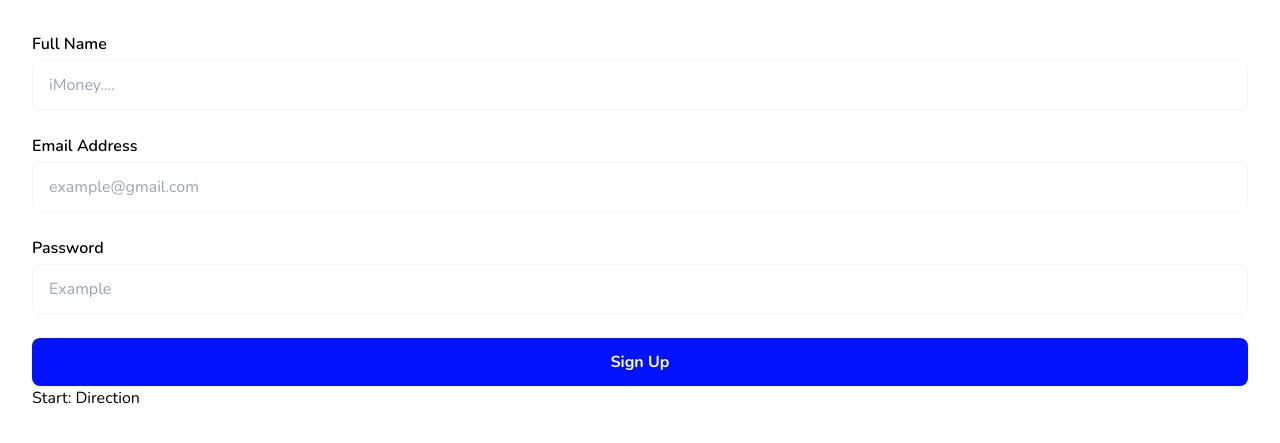
Repository: maixuanhieu/iMoney-VueJS
Page: /register
The author's editor kept a copy of each file at every save. The page is drawn from the files as they stood at one save, then again after the next save.
The browser window is 1280 px wide. The pictures show the whole page.
The project was rebuilt for these pictures with package versions that can differ from the ones it lists, and the page was loaded fresh each time.

Above is the page before, as saved 2021-11-18 13:57:16.

### public/index.html
<!DOCTYPE html>
<html lang="">
  <head>
    <meta charset="utf-8">
    <meta http-equiv="X-UA-Compatible" content="IE=edge">
    <meta name="viewport" content="width=device-width,initial-scale=1.0">
    <link rel="icon" href="<%= BASE_URL %>favicon.ico">
    <title><%= htmlWebpackPlugin.options.title %></title>
    <link rel="preconnect" href="https://fonts.googleapis.com">
<link rel="preconnect" href="https://fonts.gstatic.com" crossorigin>
<link href="https://fonts.googleapis.com/css2?family=Nunito:ital,wght@0,200;0,300;0,400;0,600;0,700;0,800;0,900;1,200;1,300;1,400;1,600;1,700;1,800;1,900&family=Source+Sans+Pro&display=swap" rel="stylesheet">
  </head>
  <body>
    <noscript>
      <strong>We're sorry but <%= htmlWebpackPlugin.options.title %> doesn't work properly without JavaScript enabled. Please enable it to continue.</strong>
    </noscript>
    <div id="app"></div>
    <!-- built files will be auto injected -->
  </body>
</html>

### src/main.js
import { createApp } from "vue";
import App from "./App.vue";
import router from "./router";

import './assets/styles/tailwind.css';
import './assets/styles/global.css';

import { registerGlobalComponents } from "./utils/import";

const app = createApp(App);

registerGlobalComponents(app);

app.use(router);

app.mount("#app");

### src/App.vue
<template>
  <component :is="layout">
    <router-view />
  </component>
</template>

<script>
import { computed } from "vue";
import { useRoute } from "vue-router";

import { PUBLIC_LAYOUT } from "@/constants/"
export default {
  setup() {
    const route = useRoute();
    console.log(route);
    return {
      layout: computed(() => (route.meta.layout || PUBLIC_LAYOUT) + '-layout')
    };
  },
};
</script>

### src/router/index.js
import { createRouter, createWebHistory } from "vue-router";


const routes = [
  {
    path: "/",
    name: "Home",
    component: () => import(/* webpackChunkName: "home" */ "../views/index.vue"),
  },
  {
    path: "/register",
    name: "Register",
    meta: {
      layout: "auth",
    },
    component: () =>
      import(/* webpackChunkName: "register" */ "../views/register.vue"),
  },
];

const router = createRouter({
  history: createWebHistory(process.env.BASE_URL),
  routes,
});

export default router;

### src/assets/styles/global.css
body{
  font-family: 'Nunito', sans-serif;
  font-size: 16px;
}





@font-face {
  font-family: "t2ico";
  src: url("../fonts/t2ico.eot?84r94p");
  src: url("../fonts/t2ico.eot?84r94p#iefix") format("embedded-opentype"),
    url("../fonts/t2ico.ttf?84r94p") format("truetype"),
    url("../fonts/t2ico.woff?84r94p") format("woff"),
    url("../fonts/t2ico.svg?84r94p#t2ico") format("svg");
  font-weight: normal;
  font-style: normal;
  font-display: block;
}

i {
  /* use !important to prevent issues with browser extensions that change fonts */
  font-family: "t2ico" !important;
  speak: never;
  font-style: normal;
  font-weight: normal;
  font-variant: normal;
  text-transform: none;
  line-height: 1;

  /* Better Font Rendering =========== */
  -webkit-font-smoothing: antialiased;
  -moz-osx-font-smoothing: grayscale;
}

.t2ico-users:before {
  content: "\e915";
  color: #363853;
}
.t2ico-arrow-right:before {
  content: "\e916";
  color: #363853;
}
.t2ico-calendar:before {
  content: "\e917";
  color: #363853;
}
.t2ico-camera:before {
  content: "\e918";
  color: #363853;
}
.t2ico-category:before {
  content: "\e919";
  color: #363853;
}
.t2ico-chart:before {
  content: "\e91a";
  color: #363853;
}
.t2ico-document:before {
  content: "\e91b";
  color: #363853;
}
.t2ico-filter:before {
  content: "\e91c";
  color: #363853;
}
.t2ico-info-square:before {
  content: "\e91d";
  color: #363853;
}
.t2ico-location:before {
  content: "\e91e";
  color: #363853;
}
.t2ico-logout:before {
  content: "\e91f";
  color: #363853;
}
.t2ico-notification:before {
  content: "\e920";
  color: #363853;
}
.t2ico-plus:before {
  content: "\e921";
  color: #363853;
}
.t2ico-presentation:before {
  content: "\e922";
  color: #363853;
}
.t2ico-profile:before {
  content: "\e923";
  color: #363853;
}
.t2ico-setting:before {
  content: "\e924";
  color: #363853;
}
.t2ico-lock:before {
  content: "\e925";
  color: #363853;
}
.t2ico-ticket-star:before {
  content: "\e926";
  color: #363853;
}
.t2ico-trending-down:before {
  content: "\e927";
  color: #363853;
}
.t2ico-trending-up:before {
  content: "\e928";
  color: #363853;
}
.t2ico-wallet:before {
  content: "\e929";
  color: #363853;
}

### src/utils/import.js
import { defineAsyncComponent } from "vue";

export function registerGlobalComponents(app) {
  app.component(
    "auth-layout",
    defineAsyncComponent(() => import("@/layouts/auth"))
  );

  app.component(
    "default-layout",
    defineAsyncComponent(() => import("@/layouts/default"))
  );
}

### src/constants/index.js
export const PUBLIC_LAYOUT = 'default';

### src/views/register.vue
<template>
 <div class="mt-8">
   <div class="container mx-auto px-8">
     <form class="flex flex-col justify-start space-y-6" @submit="onSubmit">
       <div class="row">
         <label class="flex flex-col" for="fullName">
           <span class="font-semibold">Full Name</span>
           <input
           id="fullName"
           class="px-4 py-3 rounded-lg border border-gray-100 mt-1"
           type="text"
           placeholder="iMoney...." />
         </label>
       </div>

        <div class="row">
         <label class="flex flex-col" for="email">
           <span class="font-semibold">Email Address</span>
           <input
           id="email"
           class="px-4 py-3 rounded-lg border border-gray-100 mt-1"
           type="email"
           placeholder="example@gmail.com" />
         </label>
       </div>

        <div class="row">
         <label class="flex flex-col" for="password">
           <span class="font-semibold">Password</span>
           <input
           id="password"
           class="px-4 py-3 rounded-lg border border-gray-100 mt-1"
           type="password"
           placeholder="Example" />
         </label>
       </div>

       <div class="row">
         <button type="submit" class="py-3 text-center w-full bg-primary text-white font-bold rounded-lg">
            Sign Up
         </button>
       </div>
     </form>



     Start: Direction
   </div>
 </div>
</template>


<script>
export default {
  setup(){
    function onSubmit(){}
    return { onSubmit }
  },
}
</script>

### src/layouts/default.vue
<template>
    <h1>Default Layout</h1>

    <slot />
</template>

### tailwind.config.js
module.exports = {
  purge: [],
  darkMode: false, // or 'media' or 'class'
  theme: {
    extend: {
      colors: {
        dark: '#363853',
        primary: '#0012FF',
        green: '#67D4C4',
        red: '#F28080',
      },
    },
  },
  variants: {
    extend: {},
  },
  plugins: [],
}

Loaded but not shown: src/assets/styles/tailwind.css (common file); src/layouts/auth.vue (common file)

After the next save:
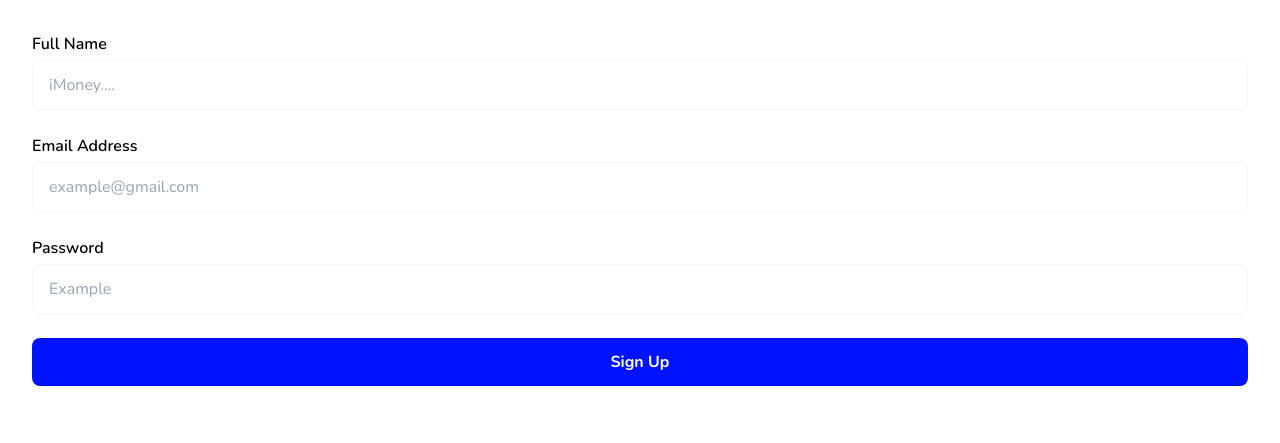
Saved 5 s later.
--- a/src/views/register.vue
+++ b/src/views/register.vue
@@ -44,7 +44,7 @@
 
 
 
-     Start: Direction
+     <!-- Start: Direction -->
    </div>
  </div>
 </template>
